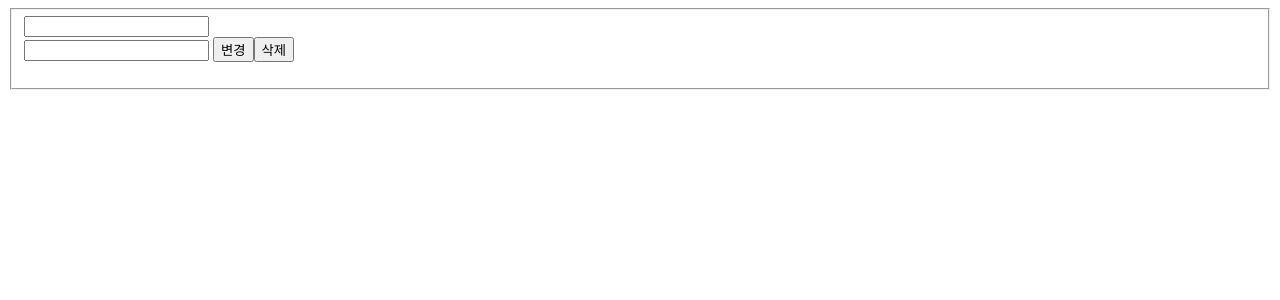
Repository: kimjaejoo/Tacademy
Page: http://localhost/Hello/cookie_test2.jsp
These files come from the project's save history. The page is drawn as it stood at one moment and after the next save; the edit follows.
The browser window is 1280 px wide. The pictures show the whole page.
Some web libraries are served in a nearby version. The page is served by Tomcat 9. Nobody is signed in. The application's start-up code is not run.

Above is the page before, as saved 2016-11-02 03:46:44.

After the next save:
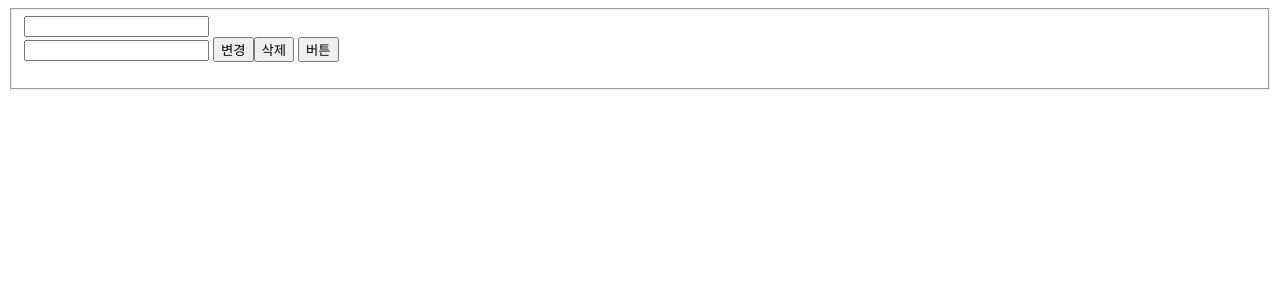
Saved 28 s later.
--- a/Hello/WebContent/cookie_test2.jsp
+++ b/Hello/WebContent/cookie_test2.jsp
@@ -98,6 +98,7 @@
 			<input type="text" name="uid" value="<%=getCookie("uid", cookies) %>" /><br />
 			<input type="text" name="upw" value="<%=getCookie("upw", cookies) %>" />
 			<button id="change">변경</button><button id="delete">삭제</button>
+			<input type="button" value="버튼" name="btn"/>
 		</form>
 	</fieldset>
 </body>
